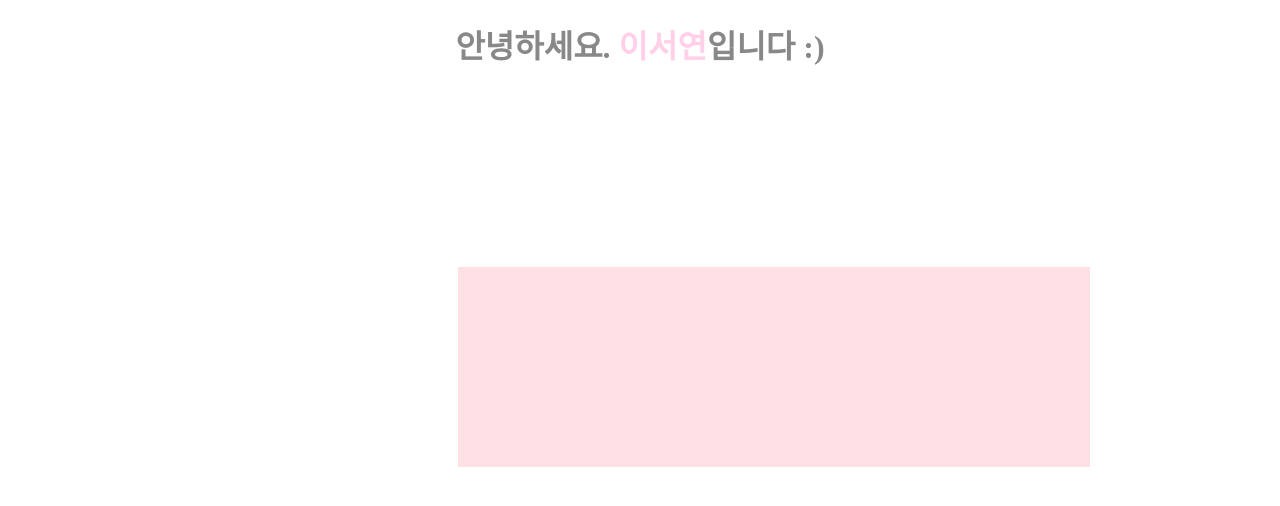
Repository: seoyeon0619/WebProgramming
Page: http://localhost/myhome1/자기소개.jsp
The author's editor kept a copy of each file at every save. The page is drawn from the files as they stood at one save, then again after the next save.
The browser window is 1280 px wide. The pictures show the whole page.
Some web fonts or font styles are not loaded; a fallback is used. The page is served by Tomcat 9.

Above is the page before, as saved 2022-12-29 08:35:06.

After the next save:
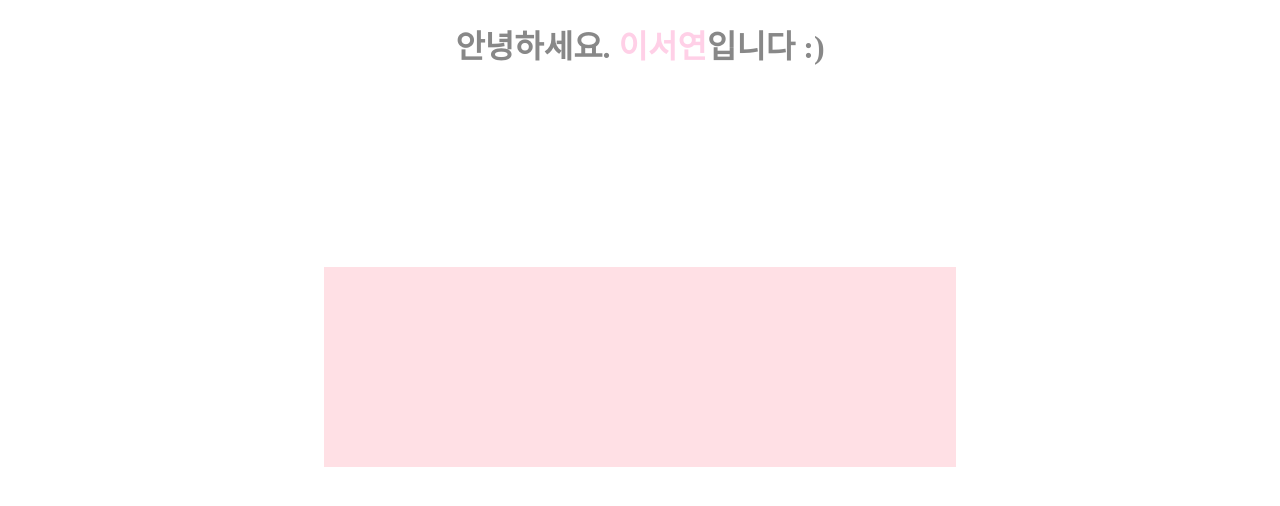
Saved 87 s later.
--- a/workspace1/myhome1/src/main/webapp/자기소개.jsp
+++ b/workspace1/myhome1/src/main/webapp/자기소개.jsp
@@ -21,7 +21,8 @@
 
         div {
         margin-top : 200px;
-        margin-left : 450px;
+        margin-left : auto;
+        margin-right : auto;
         height: 200px;
   		width: 50%;
   		background-color: #ffe0e5;
